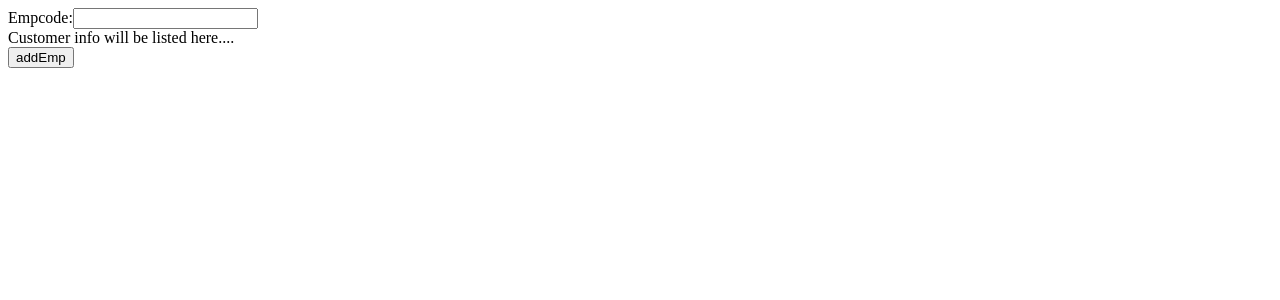
Repository: SravyaChunduri/workspace
Page: http://localhost/AJAXDemo/AddCust.jsp
The author's editor kept a copy of each file at every save. The page is drawn from the files as they stood at one save, then again after the next save.
The browser window is 1280 px wide. The pictures show the whole page.
The page is served by Tomcat 9.

Above is the page before, as saved 2015-08-17 10:12:00.
Console error: SyntaxError: Unexpected identifier 'code'

### AJAXDemo/WebContent/AddCust.jsp
<%@ page language="java" contentType="text/html; charset=ISO-8859-1"
    pageEncoding="ISO-8859-1"%>
<%@page import="java.sql.*" %>
<!DOCTYPE html PUBLIC "-//W3C//DTD HTML 4.01 Transitional//EN" "http://www.w3.org/TR/html4/loose.dtd">
<html>
<head>
<meta http-equiv="Content-Type" content="text/html; charset=ISO-8859-1">
<title>Insert title here</title>


<script type="text/javascript">
function addEmp()
{
var xmlhttp;
int code=document.getElementById("code").value;
alert("Code!!"+code);

if(window.XMLHttpRequest)//Non -IE
{
xmlhttp=new XMLHttpRequest();
}
else
{
xmlhttp=new ActiveXObject("Microsoft.XMLHTTP");//For IE
}
xmlhttp.onreadystatechange=function()
{
if(xmlhttp.readyState==4 && xmlhttp.status==200)
{
document.getElementById("txtHint").innerHTML=xmlhttp.responseText;
}
}
xmlhttp.open("GET","addCustomer.jsp?nm="+str,true);
xmlhttp.send();
}


</script>



</head>
<body>

<form action="">
Empcode:<input type="text" name="code" onblur="addEmp()">

<div id="txtHint">Customer info will be listed here....</div>
<input type="button" name="add" value="addEmp" onclick="addEmp()">

</form>


</body>
</html>

After the next save:
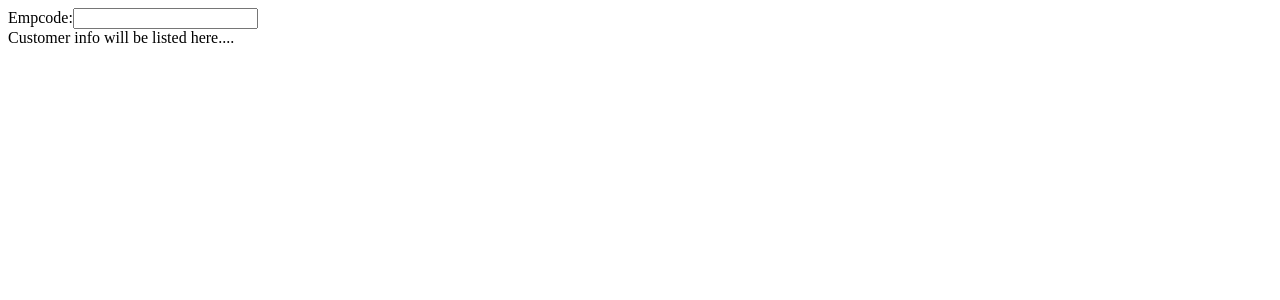
Saved 12 min 19 s later.
--- a/AJAXDemo/WebContent/AddCust.jsp
+++ b/AJAXDemo/WebContent/AddCust.jsp
@@ -43,10 +43,9 @@ xmlhttp.send();
 <body>
 
 <form action="">
-Empcode:<input type="text" name="code" onblur="addEmp()">
+Empcode:<input type="text" name="code" onblur="addEmp(this.value)">
 
 <div id="txtHint">Customer info will be listed here....</div>
-<input type="button" name="add" value="addEmp" onclick="addEmp()">
 
 </form>
 
